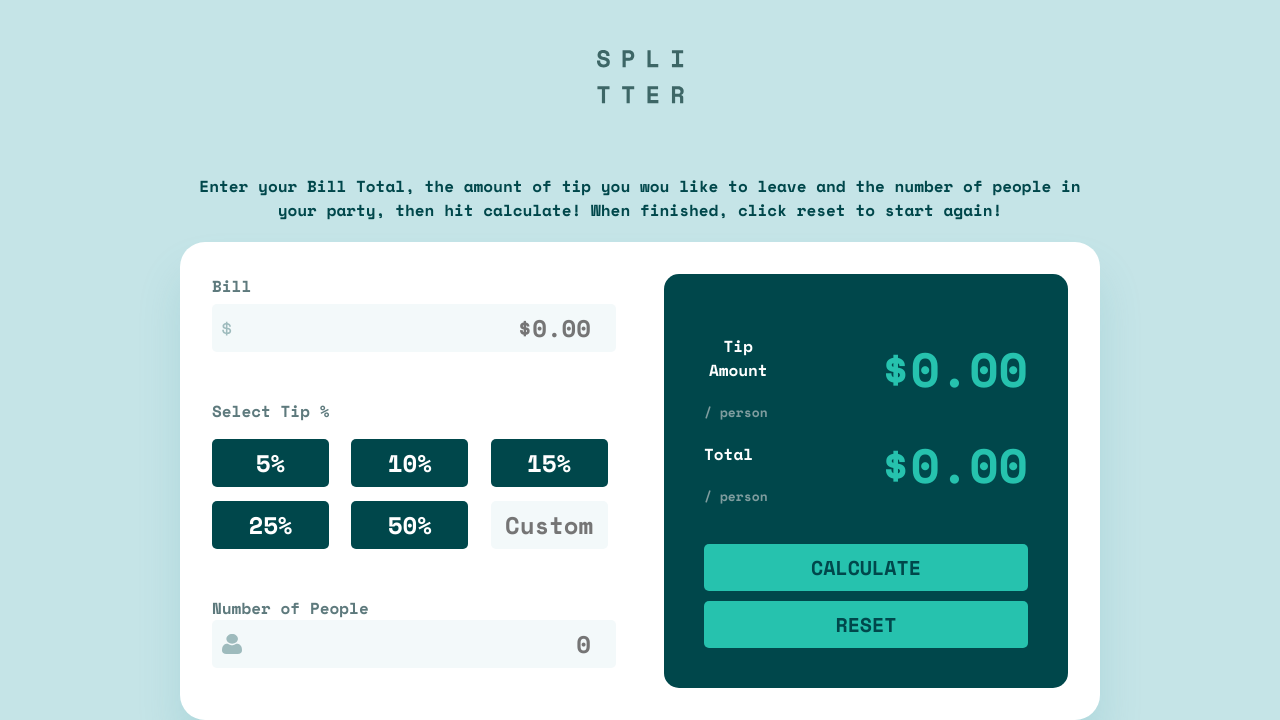
Repository: brandontaylor1/splitter
Page: index.html
An editor plug-in stored every save of this project. The page is shown before and after the next save, followed by the edit.
The browser window is 1280 px wide. The pictures show the whole page.

Above is the page before, as saved 2025-02-07 14:19:16.

### index.html
<!DOCTYPE html>
<html lang="en">
<head>
    <meta charset="UTF-8">
    <meta name="viewport" content="width=device-width, initial-scale=1.0">
    <link rel="preconnect" href="https://fonts.googleapis.com">
    <link rel="preconnect" href="https://fonts.gstatic.com" crossorigin>
    <link href="https://fonts.googleapis.com/css2?family=Space+Mono:ital,wght@0,400;0,700;1,400;1,700&display=swap" rel="stylesheet">
    <link rel="stylesheet" href="styles.css">
    <title>Splitter | Tip Calculator</title>
</head>
<body>
    <img src="./assets/images/logo.svg" id="logo-image" alt="logo image">
    <h1 class="error-message" id="form-error"></h1>
    <h3>Enter your Bill Total, the amount of tip you wou like to leave and the number of people in your party, then hit calculate! When finished, click reset to start again!</h3>
    <main class="container">
        <form>
            <div class="left-column">
                <div class="bill-input">
                    <div class="bill-titles">
                        <h2>Bill</h2>
                        <p class="error-message" id="bill-error"></p>
                    </div>
                    <div class="bill-input-with-icon">
                        <input type="number" min="0.00" max="10000.00" id="bill-input" placeholder="$0.00">
                    </div>
                </div>
                <div class="tip-input">
                    <div class="tip-titles">
                        <h2 id="select-tip-title">Select Tip %</h2>
                        <p class="error-message" id="tip-error"></p>
                    </div>
                    <div class="tip-buttons">
                        <button type="button" class="tip-button" value=".05">5%</button>
                        <button type="button" class="tip-button" value=".10">10%</button>
                        <button type="button" class="tip-button" value=".15">15%</button>
                        <button type="button" class="tip-button" value=".25">25%</button>
                        <button type="button" class="tip-button" value=".50">50%</button>
                        <input type="text" id="custom-tip" placeholder="Custom">
                    </div>
                </div>
                <div class="number-of-people-input">
                    <div class="people-titles">
                        <h2 id="number-of-people-title">Number of People</h2>
                        <p class="error-message" id="people-error"></p>
                    </div>
                    <div class="person-input-with-icon">
                        <input type="number" id="number-of-people-input" placeholder="0">
                    </div>
                </div>
            </div>
        </form>
        <div class="right-column">
                <div class="info-container">
                    <div class="tip-calculations">
                        <div class="tip-amount">
                            <div class="info">
                                <h3>Tip Amount</h3>
                                <p>/ person</p>
                            </div>
                            <div class="amount">
                                <h1 id="tip-amount">$0.00</h1>
                            </div>
                        </div>
                        <div class="total">
                            <div class="info">
                                <h3>Total</h3>
                                <p>/ person</p>
                            </div>
                            <div class="amount">
                                <h1 id="total-amount">$0.00</h1>
                            </div>
                        </div>
                    </div>
                    <div class="button-container">
                        <button type="button" id="calculate-button">
                            CALCULATE
                        </button>
                        <button type="button" id="reset-button">
                            RESET
                        </button>
                    </div>
        </div>
    </main>

    <script src="index.js"></script>
</body>
</html>

### styles.css
* {
    box-sizing: border-box;
    margin: 0;
    padding: 0;
}

:root {
    --background-color: #C5E4E7;
    --input-button-color: #00474B;
    --primary-white: #fff;
    --calculated-numbers-color: #26C2AE;
    --input-title-color: #5E7A7D;
    --input-background-color: #F3F9FA;
    --input-icon-color: #9EBBBD;
    --title-text-color: #3D6666;
    --custom-input-color: #547878;
}

/* UTILITY CLASSES */
.space-mono-regular {
    font-family: "Space Mono", serif;
    font-weight: 400;
    font-style: normal;
  }

  .space-mono-bold {
    font-family: "Space Mono", serif;
    font-weight: 700;
    font-style: normal;
  }

  .space-mono-regular-italic {
    font-family: "Space Mono", serif;
    font-weight: 400;
    font-style: italic;
  }

  .space-mono-bold-italic {
    font-family: "Space Mono", serif;
    font-weight: 700;
    font-style: italic;
  }


body {
    background-color: #C5E4E7;
    height: 100vh;
    width: 100%;
    display: flex;
    flex-direction: column;
    justify-content: center;
    align-items: center;
    font-family: "Space Mono", monospace;
}

#logo-image {
    margin: 50px 0;
}

h3 {
    width: 70%;
    text-align: center;
    color: #00474B;
    font-size: 16px;
    font-weight: 700;
    margin: 20px 0;
}

.container {
    background-color: var(--primary-white);
    width: 920px;
    height: 481px;
    border-radius: 25px;
    box-shadow: 0px 32px 43px 0px rgba(79, 166, 175, 0.20);
    display: grid;
    gap: 48px;
    grid-template-columns: 1fr 1fr;
    padding: 32px;
}

.left-column {
    display: flex;
    flex-direction: column;
    justify-content: space-between;
    width: 100%;
    height: 100%;
}

.right-column {
    grid-column: 2 / 3;
    width: 100%;
    height: 100%;
    border-radius: 15px;
    background-color: var(--input-text-color);
}

input {
    height: 48px;
    width: 100%;
    padding: 10px;
    display: flex;
    flex-direction: row;
    justify-content: space-between;
    background-color: var(--input-background-color);
    border: none;
    border-radius: 5px;
    margin-bottom: 20px;
}

.person-input-with-icon input{
    width: 100%;
    font-family: "Space Mono", monospace;
    font-size: 24px;
    color: #00474B;
    font-weight: 600;
    background-image: url("./assets/images/icon-person.svg");
    background-repeat: no-repeat;
    background-position: 10px center;
    background-size: 20px 20px;
    text-align: right;
}

#bill-input {
    width: 100%;
    font-family: "Space Mono", monospace;
    font-size: 24px;
    font-weight: 600;
}

#number-of-people-input {
    width: 100%;
    font-family: "Space Mono", monospace;
    font-size: 24px;
    color: #00474B;
    font-weight: 600;
}

.bill-input-with-icon input {
    width: 100%;
    font-family: "Space Mono", monospace;
    font-size: 24px;
    color: #00474B;
    font-weight: 600;
    background-image: url("./assets/images/icon-dollar.svg");
    background-repeat: no-repeat;
    background-position: 10px center;
    background-size: auto 15px;
    text-align: right;
}

.bill-input h2 {
    font-size: 16px;
    color: var(--input-title-color);
    margin-bottom: 6px;
}

.tip-buttons {
    display: grid;
    grid-template-columns: repeat(3, 1fr);
    gap: 14px;
}

#select-tip-title {
    color: #5E7A7D;
    font-size: 16px;
    margin-bottom: 16px;
}

.tip-button {
    width: 117px;
    height: 48px;
    flex-shrink: 0;
    border: none;
    border-radius: 5px;
    background-color: #00474B;
    color: var(--primary-white);
    font-family: "Space Mono", monospace;
    font-size: 24px;
    font-weight: 600;
}


.tip-button:hover {
    background-color: #26C2AE;
    color: #00474B;
}

.active {
    background-color: #26C2AE;
    color: #00474B;
}

.disabled {
    background-color: #00474B;
    color: #5E7A7D;
    opacity: .5;
}

#custom-tip {
    width: 117px;
    height: 48px;
    flex-shrink: 0;
    text-align: center;
    font-size: 24px;
    font-weight: 600;
    font-family: "Space Mono", monospace;
}


#number-of-people-title {
    color: #5E7A7D;
    font-size: 16px;
}


.right-column {
    background-color: #00474B;
    padding: 40px;
    display: flex;
    flex-direction: column;
    justify-content: space-between;
}

.info-container {
    display: flex;
    flex-direction: column;
    justify-content: space-between;
    height: 100%;

}

.tip-amount, .total {
    display: flex;
    flex-direction: row;
    justify-content: space-between;
    align-items: center;
    color: var(--primary-white);
}

.amount {
    color: #26C2AE;
    font-size: 24px;
    font-family: "Space Mono", monospace;
}

.info h3 {
    font-size: 16px;
    color: var(--primary-white);
}

.info p {
    font-size: 13px;
    color: #7F9D9F;
    font-family: "Space Mono", monospace;
    font-weight: 700;
}

.button-container {
    display: flex;
    flex-direction: column;


}

#calculate-button   {
    padding: 9px 40px;
    text-align: center;
    border: none;
    cursor: pointer;
    background-color: #26C2AE;
    color: #00474B;
    border-radius: 5px;
    font-size: 20px;
    font-weight: 600;
    font-family: "Space Mono", monospace;
    margin-bottom: 10px;
}

#reset-button {
    padding: 9px 40px;
    text-align: center;
    border: none;
    cursor: pointer;
    background-color: #26C2AE;
    color: #00474B;
    border-radius: 5px;
    font-size: 20px;
    font-weight: 600;
    font-family: "Space Mono", monospace;
}

.error-message {
    color: red;
    font-size: 10px;
}

.bill-titles, .people-titles, .tip-titles {
    display: flex;
    flex-direction: row;
    justify-content: space-between;
    align-items: center;
}

#form-error {
    font-size: 18px;
}

@media screen and (max-width: 852px) {

    h3 {
        width: 90%;
        text-align: center;
        color: #00474B;
        font-size: 14px;
        font-weight: 700;
        margin: 20px 0;
    }

    .container {
        width: 90%;
        height: 100%;
        display: flex;
        flex-direction: column;
        justify-content: space-between;
        padding: 20px;
    }

    .right-column {
        grid-column: 1 / 2;
        width: 100%;
        height: 100%;
        border-radius: 15px;
        background-color: var(--input-text-color);
    }

    .left-column {
        display: flex;
        flex-direction: column;
        justify-content: space-between;
        flex-wrap: wrap;
        width: 100%;
        height: 100%;
    }

    .right-column {
        background-color: #00474B;
        padding: 40px;
        display: flex;
        flex-direction: column;
        justify-content: space-between;
    }

    .info-container {
        display: flex;
        flex-direction: column;
        justify-content: space-between;
        height: 100%;
    }

    .tip-amount, .total {
        display: flex;
        flex-direction: row;
        justify-content: space-between;
        align-items: center;
        color: var(--primary-white);
    }

    #custom-tip {
        max-width: 100%;
        width: auto;
        height: 48px;
        flex-shrink: 0;
    }

    .tip-button {
        width: auto;
        height: 48px;
        flex-shrink: 0;

    }

    .amount {
        color: #26C2AE;
        font-size: 24px;
        font-family: "Space Mono", monospace;
    }

    .info h3 {
        font-size: 16px;
        color: var(--primary-white);
    }

    .info p {
        font-size: 13px;
        color: #7F9D9F;
        font-family: "Space Mono", monospace;
        font-weight: 700;
    }

    .button-container {
        display: flex;
        flex-direction: column;
    }

    #calculate-button   {
        padding: 9px 40px;
        text-align: center;
        border: none;
        cursor: pointer;
        background-color: #26C2AE;
        color: #00474B;
        border-radius: 5px;
        font-size: 20px;
        font-weight: 600;
        font-family: "Space Mono", monospace;
        margin-bottom: 10px;
    }

    #reset-button {
        padding: 9px 40px;
        text-align: center;
        border: none;
        cursor: pointer;
        background-color: #26C2AE;
    }
}

### index.js
const billInput = document.querySelector("#bill-input");
const peopleInput = document.querySelector("#number-of-people-input");
const tipAmountElement = document.getElementById("tip-amount");
const totalAmountElement = document.getElementById("total-amount");
const tipButtons = document.querySelectorAll('.tip-button')

const calculateBtn = document.querySelector("#calculate-button");
const resetBtn = document.querySelector("#reset-button");
const formError = document.querySelector('#form-error')
const peopleError = document.querySelector("#people-error");
const billError = document.querySelector('#bill-error')
const tipError = document.querySelector('#tip-error')

let billAmount = 0
let tipPercentage = 0
let numberOfPeople = 0

tipButtons.forEach(button => {
    button.addEventListener('click', () => {
        if(button.classList.contains('active')) {
            button.classList.remove('active')
        } else {
            button.classList.add('active')
        }
        tipPercentage = button.value
        console.log(tipPercentage)
    })
})

function validateAmount(input) {
    if(!isNaN(input) && input !== "" && input > 0) {
        const dollarAmount = parseFloat(input);
        billAmount = dollarAmount;
    } else {
        console.log("Invalid input. Please enter a valid number");
        billError.textContent = "Please enter a valid number";
    }
}

function validatePeople(input) {
    if(!isNaN(input) && input !== "" && input > 0) {
        const people = parseFloat(input);
        numberOfPeople = people;
        console.log(numberOfPeople)
    } else {
        console.log("Invalid input. Please enter a valid number");
        peopleError.textContent = "Please enter a valid number";
    }
}

function calculateTipAmount(bill, tipCalculated, people) {
    return (bill * tipCalculated) / people
}

function calculateTotalAmount(bill, tipAmount, people) {
    return (bill + tipAmount) / people

}

calculateBtn.addEventListener("click", () => {
    let hasError = false;

    // if(billAmount === undefined || tipPercentage === undefined || numberOfPeople === undefined) {
    //     formError.innerText = "Please fill out all fields";
    //     hasError = true;
    // }

    if (billAmount === undefined || billAmount === "" || billAmount === 0) {
        billError.innerText = "Please enter a bill amount";
        hasError = true;
        tip.innerText = "$0.00";
        total.innerText = "$0.00";
    } else {
        billError.innerText = "";
    }

    if (tipPercentage === undefined || tipPercentage === "" || tipPercentage === 0) {
        tipError.innerText = "Please select a tip percentage";
        hasError = true;
        tip.innerText = "$0.00";
        total.innerText = "$0.00";
    } else {
        tipError.innerText = "";
    }

    if (numberOfPeople === undefined || numberOfPeople === "" || numberOfPeople === 0) {
        peopleError.innerText = "Please enter a valid number";
        hasError = true;
        tip.innerText = "$0.00";
        total.innerText = "$0.00";
    } else {
        peopleError.innerText = "";
    }


    const tipAmount = calculateTipAmount(billAmount, tipPercentage, numberOfPeople)
    const totalAmount = calculateTotalAmount(billAmount, tipAmount, numberOfPeople)

    tipAmountElement.innerText = `$${tipAmount.toFixed(2)}`;
    totalAmountElement.innerText = `$${totalAmount.toFixed(2)}`;

    calculateBtn.disabled = true;

})

resetBtn.addEventListener("click", () => {
    billInput.value = ""
    peopleInput.value = ""
    tipAmount = 0
    totalBill = 0
    tipAmountElement.innerText = "$0.00"
    totalAmountElement.innerText = "$0.00"
    tipButtons.forEach(button => {
        button.classList.remove('active')
    })
    tipPercentage = 0
    billAmount = 0
    numberOfPeople = 0
    formError.innerText = ""
    billError.innerText = ""
    tipError.innerText = ""
    peopleError.innerText = ""

    calculateBtn.disabled = false

})

billInput.addEventListener("input", () => {
    console.log(billInput.value);
    validateAmount(billInput.value);
})

peopleInput.addEventListener("input", () => {
    console.log(peopleInput.value);
    validatePeople(peopleInput.value);
})

After the next save:
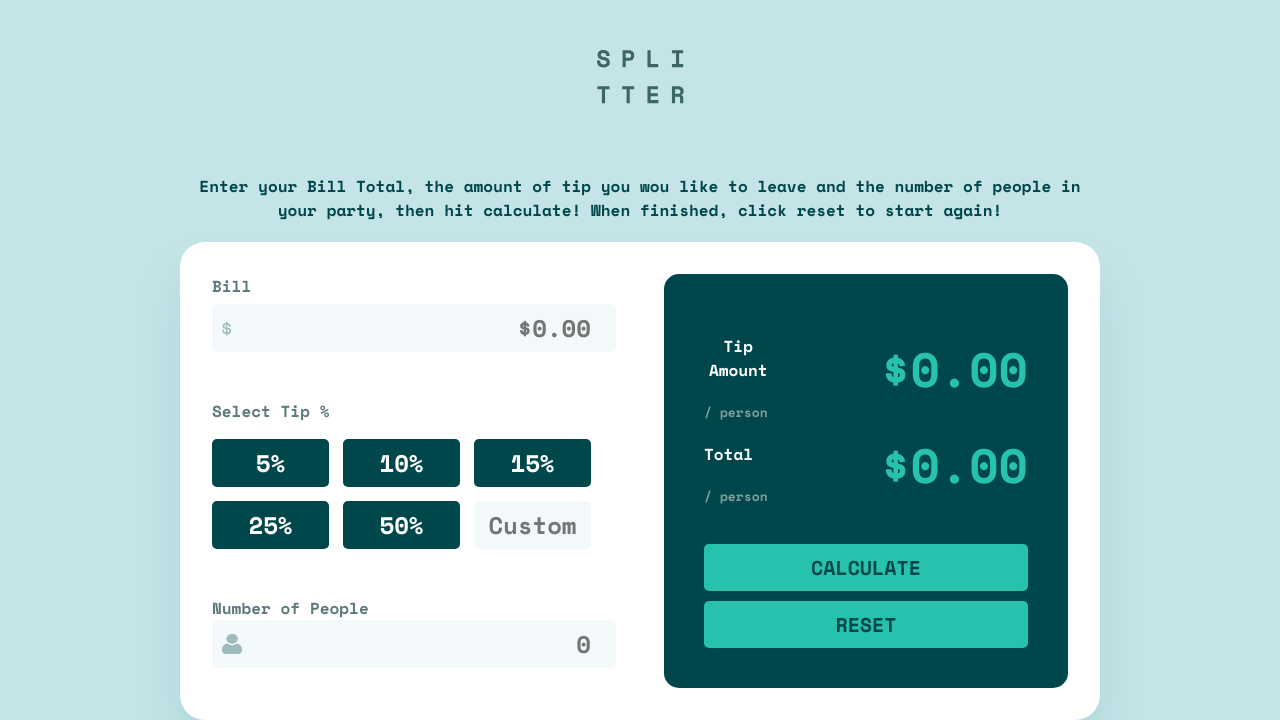
Saved 28 s later.
--- a/styles.css
+++ b/styles.css
@@ -155,8 +155,8 @@
 }
 
 .tip-buttons {
-    display: grid;
-    grid-template-columns: repeat(3, 1fr);
+    display: flex;
+    flex-wrap: wrap;
     gap: 14px;
 }
 

After the save that followed:
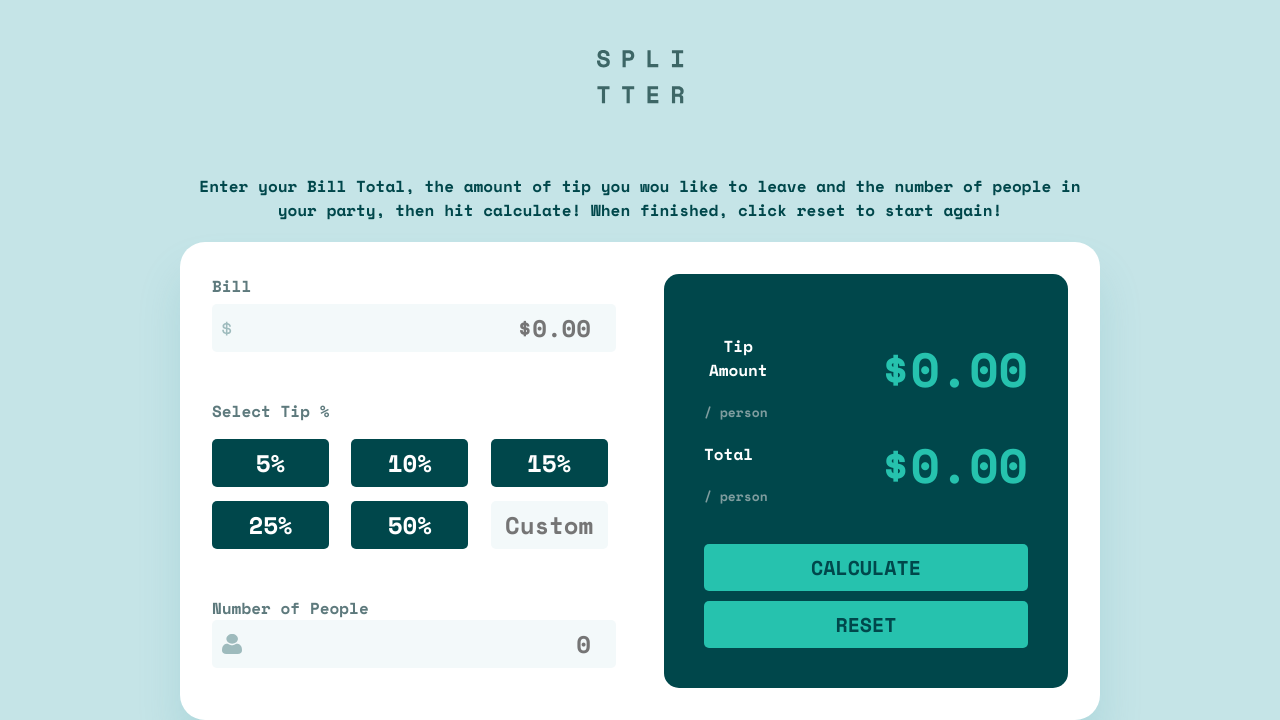
Saved 24 s later.
--- a/styles.css
+++ b/styles.css
@@ -155,8 +155,8 @@
 }
 
 .tip-buttons {
-    display: flex;
-    flex-wrap: wrap;
+    display: grid;
+    grid-template-columns: repeat(3, 1fr);
     gap: 14px;
 }
 
